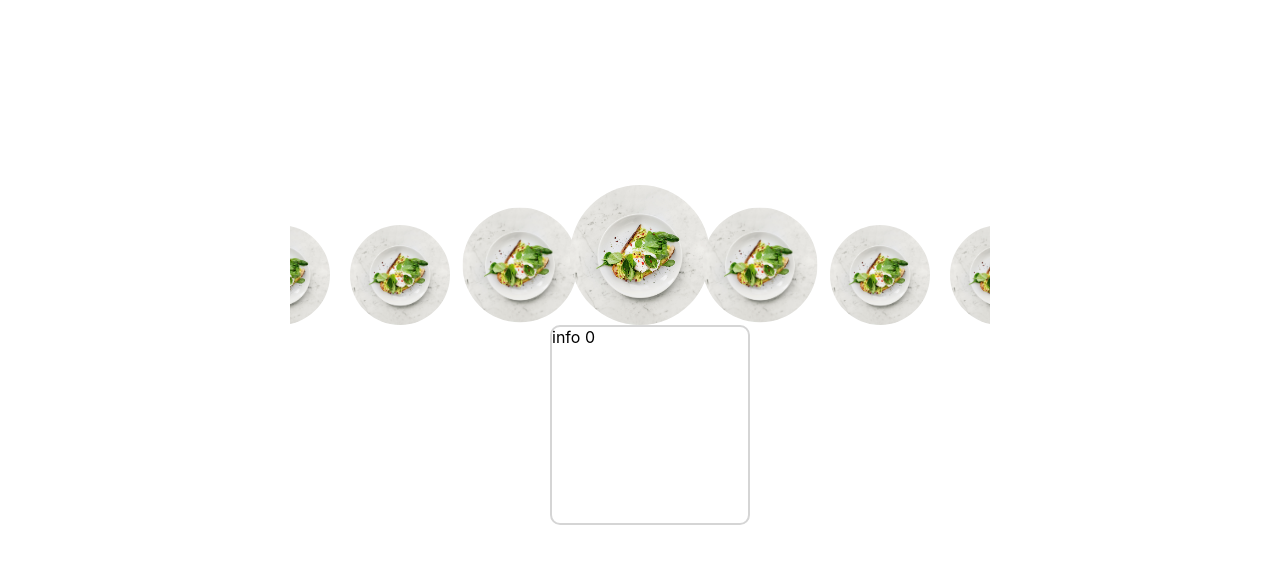
Repository: nambui98/slider
Page: /
The author's editor kept a copy of each file at every save. The page is drawn from the files as they stood at one save, then again after the next save.
The browser window is 1280 px wide. The pictures show the whole page.
The project was rebuilt for these pictures with package versions that can differ from the ones it lists, and the page was loaded fresh each time. Also part of the build but not shown: vite.config.ts.

Above is the page before, as saved 2022-04-12 11:19:34.

After the next save:
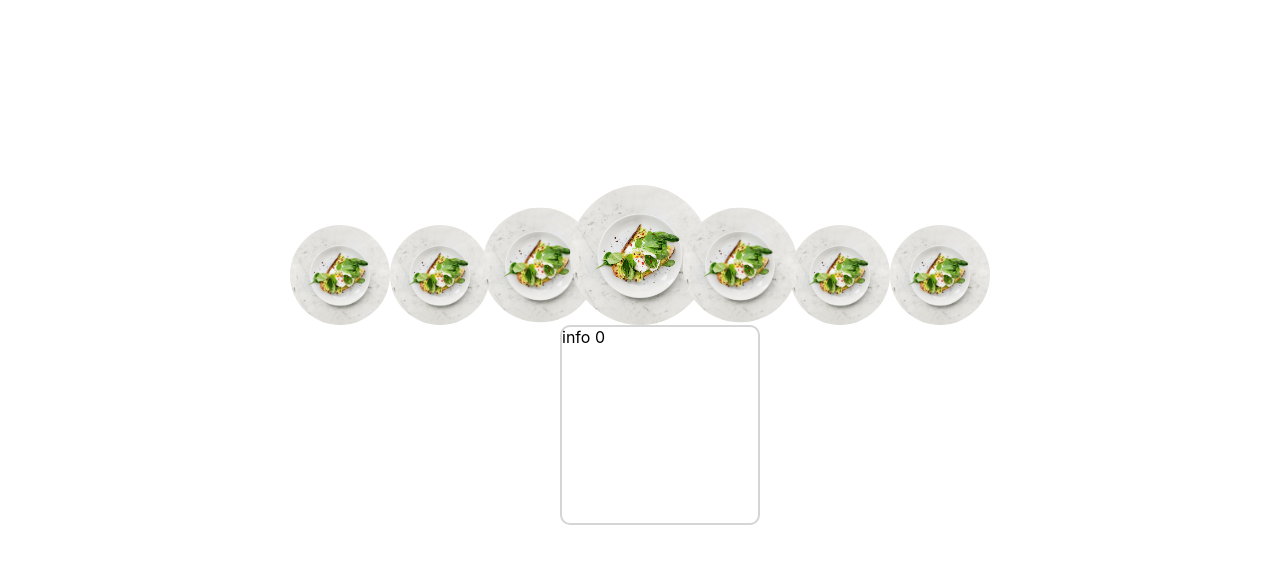
Saved 5 s later.
--- a/src/components/horizolslider/Horizolsider.tsx
+++ b/src/components/horizolslider/Horizolsider.tsx
@@ -67,7 +67,7 @@ const Horizolsider = (props: Props) => {
         slidesToScroll: 1,
         centerMode: true,
         focusOnSelect: true,
-        centerPadding: '50px',
+        centerPadding: '100px',
         // adaptiveHeight: true,
         beforeChange: (current: any, next: any) => {
             setActiveIndex(next)
